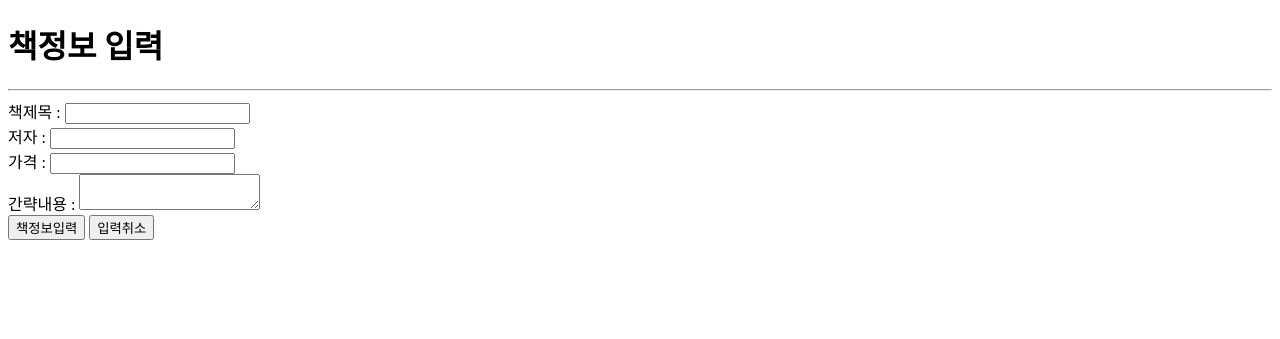
Repository: fhwang2/WEB
Page: 190710_JSP_withDB/WebContent/inputForm.html
An editor plug-in stored every save of this project. The page is shown before and after the next save, followed by the edit.
The browser window is 1280 px wide. The pictures show the whole page.

Above is the page before, as saved 2019-07-10 01:26:06.

### 190710_JSP_withDB/WebContent/inputForm.html
<!DOCTYPE html>
<html>
<head>
<meta charset="UTF-8">
<title>Insert title here</title>
</head>
<body>
	<h1>책정보 입력</h1>
	<hr>
	<form action="insert_check.jsp" method="GET">
		책제목 : <input type="text" name="title"><br>  <!-- jsp에서는 name으로 id 지정 -->
		저자 : <input type="text" name="author"><br>
		가격 : <input type="text" name="price"><br>
		간략내용 : <textarea rows="" cols=""></textarea> <!-- textarea 열고닫음 사이에 공백포함 아무것도 넣지 않도록 주의한다 -->
		<br>
		<input type="submit" value="책정보입력">
		<input type="reset" value="입력취소">

	</form>
</body>
</html>

After the next save:
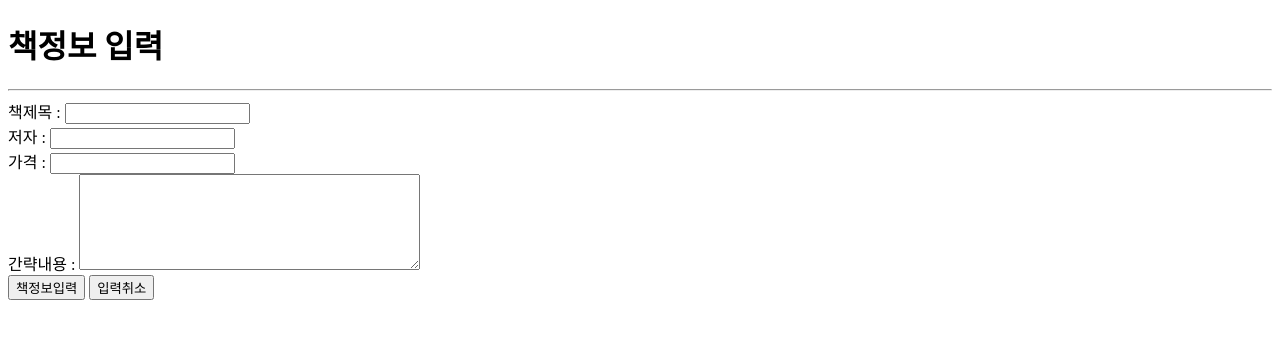
Saved 37 s later.
--- a/190710_JSP_withDB/WebContent/inputForm.html
+++ b/190710_JSP_withDB/WebContent/inputForm.html
@@ -7,11 +7,11 @@
 <body>
 	<h1>책정보 입력</h1>
 	<hr>
-	<form action="insert_check.jsp" method="GET">
+	<form action="insert_check.jsp" method="POST">
 		책제목 : <input type="text" name="title"><br>  <!-- jsp에서는 name으로 id 지정 -->
 		저자 : <input type="text" name="author"><br>
 		가격 : <input type="text" name="price"><br>
-		간략내용 : <textarea rows="" cols=""></textarea> <!-- textarea 열고닫음 사이에 공백포함 아무것도 넣지 않도록 주의한다 -->
+		간략내용 : <textarea rows="6" cols="40"></textarea> <!-- textarea 열고닫음 사이에 공백포함 아무것도 넣지 않도록 주의한다 -->
 		<br>
 		<input type="submit" value="책정보입력">
 		<input type="reset" value="입력취소">
